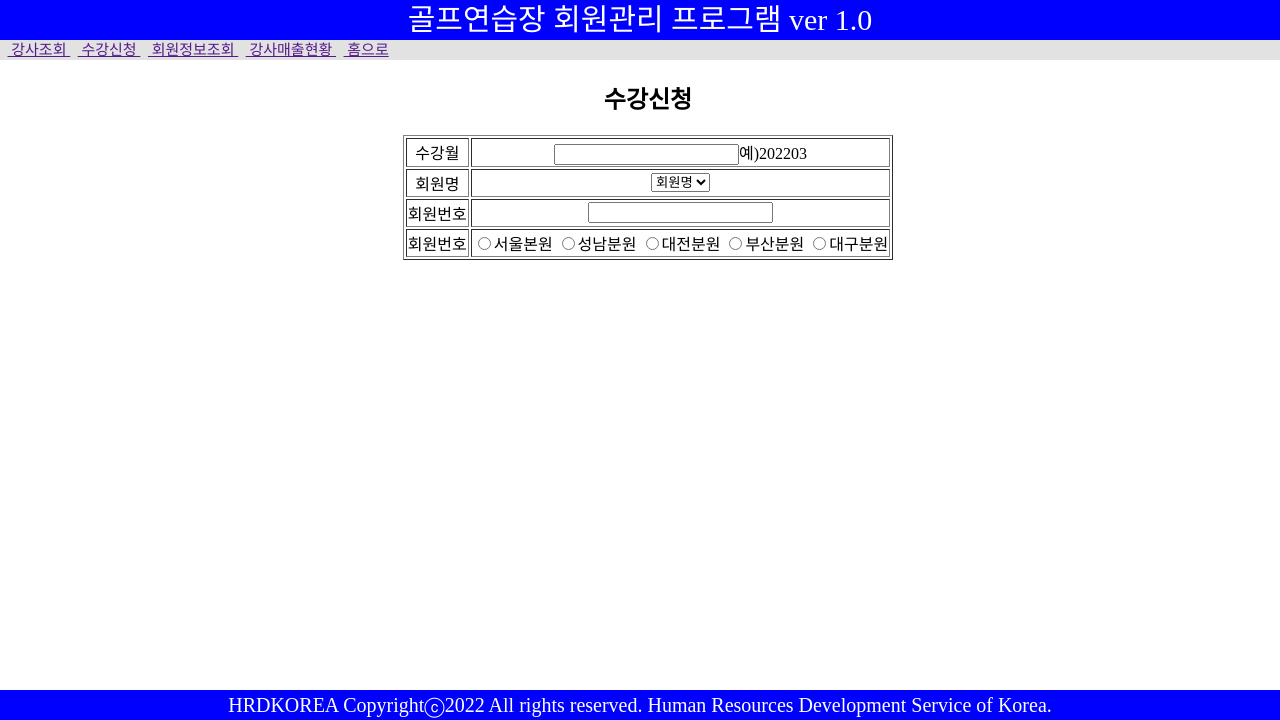
Repository: YeoJeongmo/hrdKorea
Page: http://localhost/HRD_01/insert.jsp
An editor plug-in stored every save of this project. The page is shown before and after the next save, followed by the edit.
The browser window is 1280 px wide. The pictures show the whole page.
The page is served by Tomcat 9.

Above is the page before, as saved 2024-09-02 05:14:22.

After the next save:
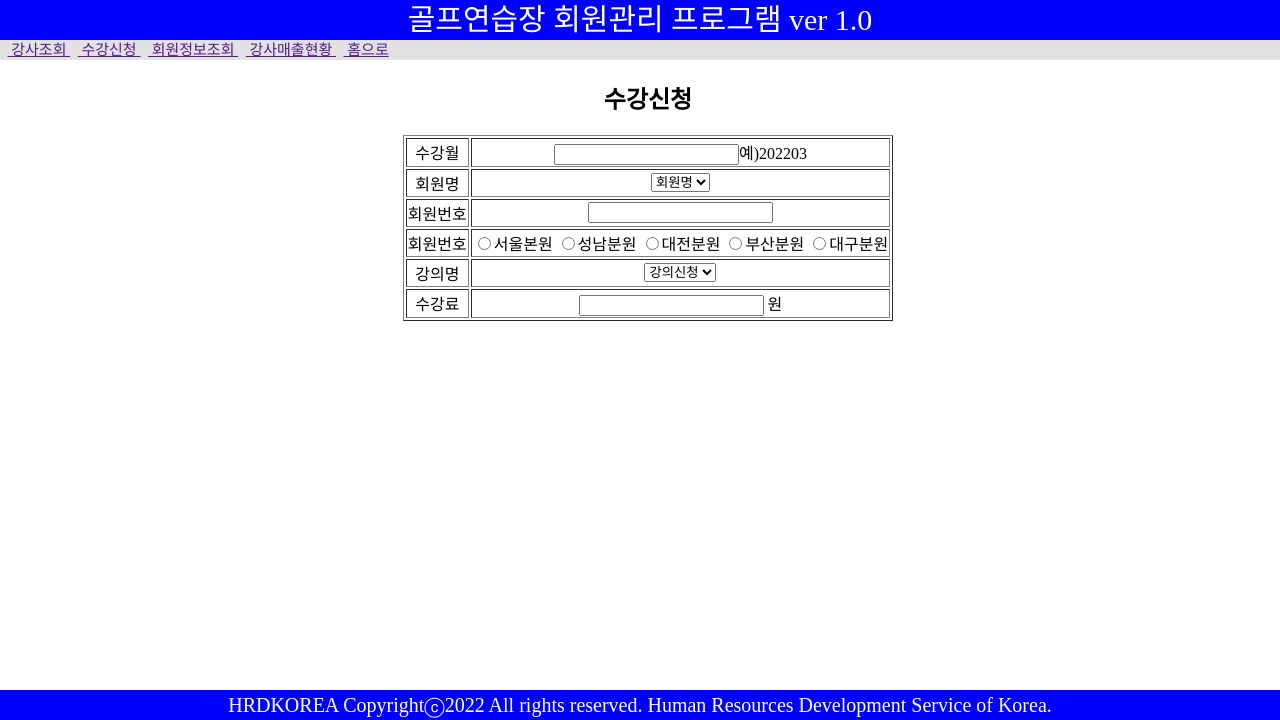
Saved 2 min 56 s later.
--- a/cbq_01/workspace/HRD_01/src/main/webapp/insert.jsp
+++ b/cbq_01/workspace/HRD_01/src/main/webapp/insert.jsp
@@ -21,6 +21,11 @@
 				<td>
 					<select>
 						<option>회원명</option>
+						<option>홍길동</option>
+						<option>장발장</option>
+						<option>임꺽정</option>
+						<option>성춘향</option>
+						<option>이몽룡</option>
 					</select>
 				</td>
 			</tr>
@@ -36,8 +41,23 @@
 					<input type="radio" name="class_area" value="1">대전분원
 					<input type="radio" name="class_area" value="1">부산분원
 					<input type="radio" name="class_area" value="1">대구분원
-
 				</td>
+			</tr>
+			<tr>
+				<td> 강의명 </td>
+				<td>
+					<select>
+						<option>강의신청</option>
+						<option>초급반</option>
+						<option>중급반</option>
+						<option>고급반</option>
+						<option>심화반</option>
+					</select>
+				</td>
+			</tr>
+			<tr>
+				<td> 수강료 </td>
+				<td> <input type="text" name="tuition"> 원</td>
 			</tr>
 		</table>
 	</form>
